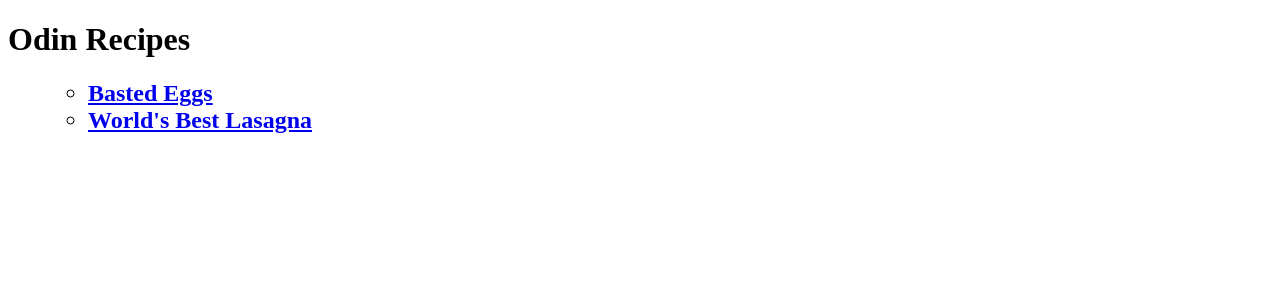
Repository: rickypcyt/odinproyect-recipes-web
Page: index.html
An editor plug-in stored every save of this project. The page is shown before and after a run of saves, followed by the edit.
The browser window is 1280 px wide. The pictures show the whole page.

Above is the page before, as saved 2022-09-20 16:57:42.

After the next 3 saves:
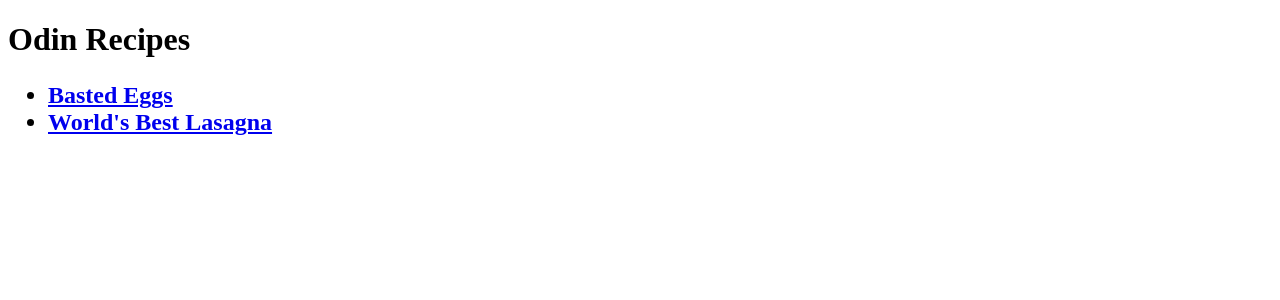
The 3 saves are shown as one change because they came seconds apart.
The last was saved 18 s later.
--- a/index.html
+++ b/index.html
@@ -8,13 +8,11 @@
   </head>
   <body>
     <h1>Odin Recipes</h1>
-    <ol>
-      <h2>
-        <ul>
-          <li><a href="recipes/BastedEggs.html">Basted Eggs</a></li>
-          <li><a href="recipes/Lasagna.html">World's Best Lasagna</a></li>
-        </ul>
-      </h2>
-    </ol>
+    <h2>
+      <ul>
+        <li><a href="recipes/BastedEggs.html">Basted Eggs</a></li>
+        <li><a href="recipes/Lasagna.html">World's Best Lasagna</a></li>
+      </ul>
+    </h2>
   </body>
 </html>
